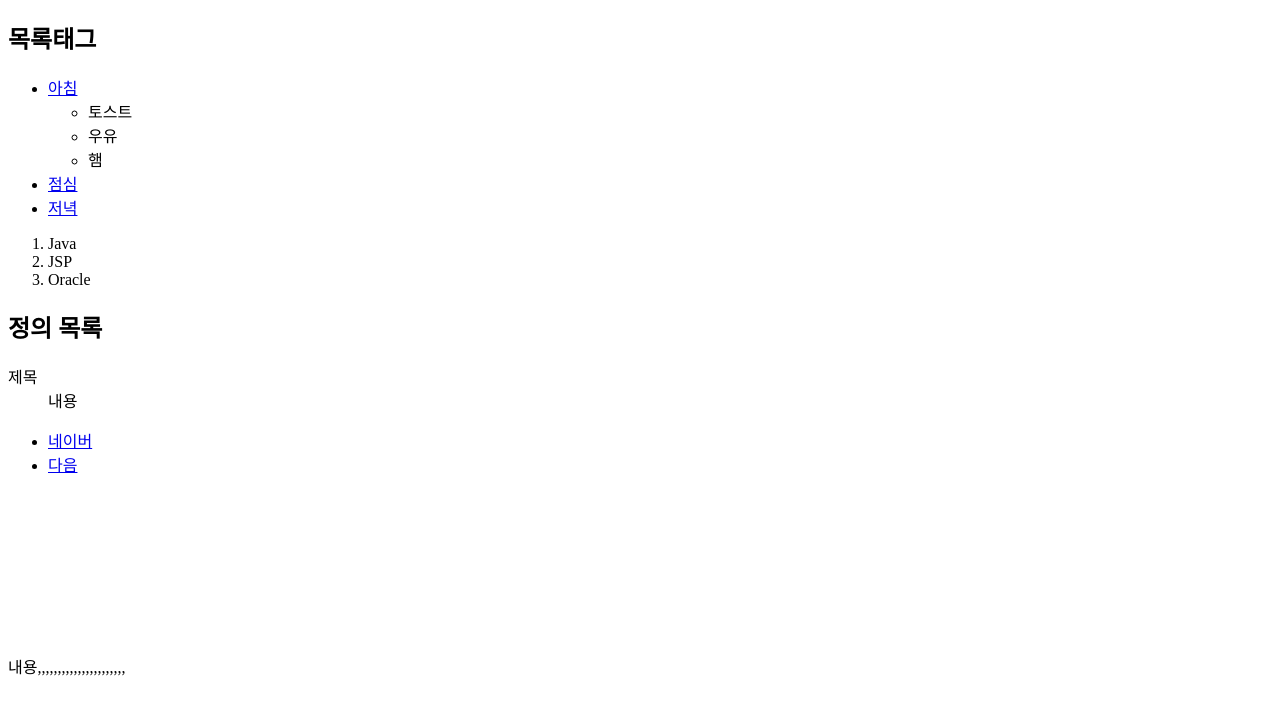
Repository: angelSuho/KCC_Learning_Repo
Page: Html/WebContent/list.html
These files come from the project's save history. The page is drawn as it stood at one moment and after the next save; the edit follows.
The browser window is 1280 px wide. The pictures show the whole page.

Above is the page before, as saved 2024-07-08 03:03:20.

After the next save:
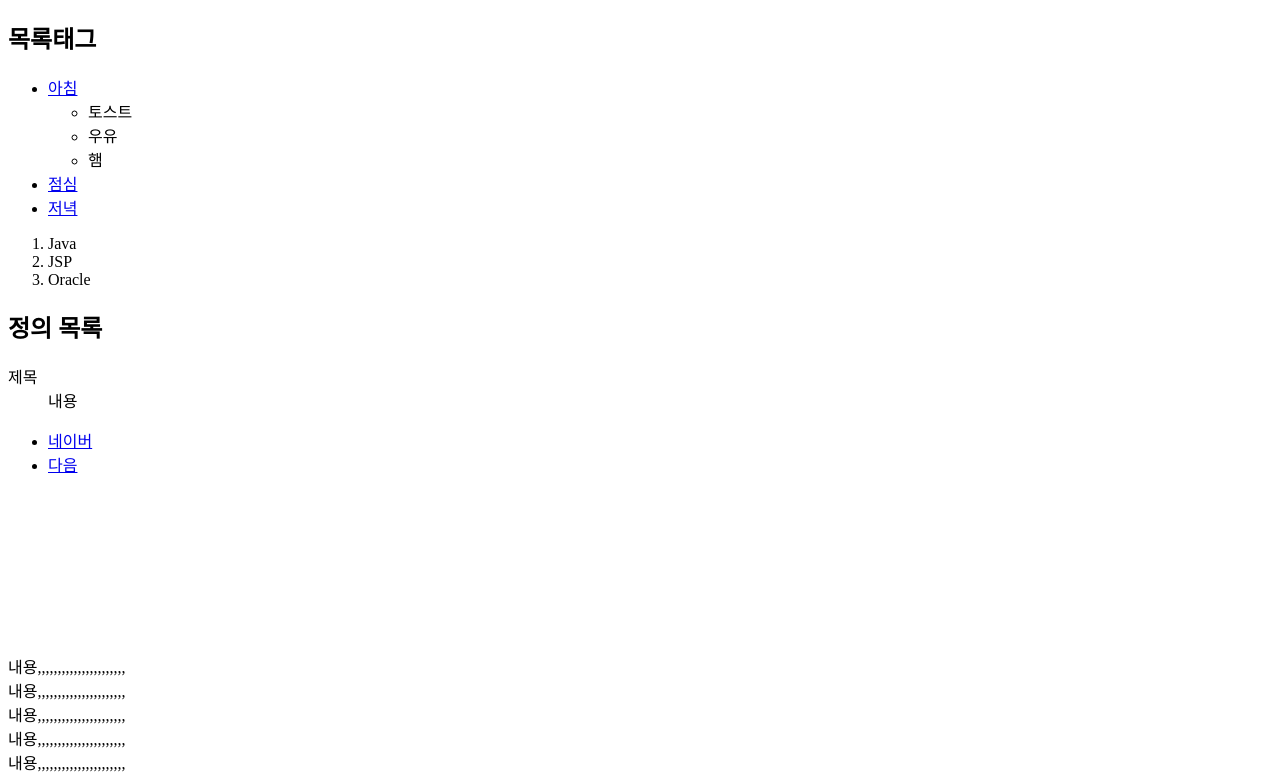
Saved 54 s later.
--- a/Html/WebContent/list.html
+++ b/Html/WebContent/list.html
@@ -51,5 +51,9 @@
 	</ul>
 	<br/><br/><br/><br/><br/><br/><br/><br/><br/>
 	<div>내용,,,,,,,,,,,,,,,,,,,,,,</div>
+	<div>내용,,,,,,,,,,,,,,,,,,,,,,</div>
+	<div>내용,,,,,,,,,,,,,,,,,,,,,,</div>
+	<div>내용,,,,,,,,,,,,,,,,,,,,,,</div>
+	<div>내용,,,,,,,,,,,,,,,,,,,,,,</div>
 </body>
 </html>
